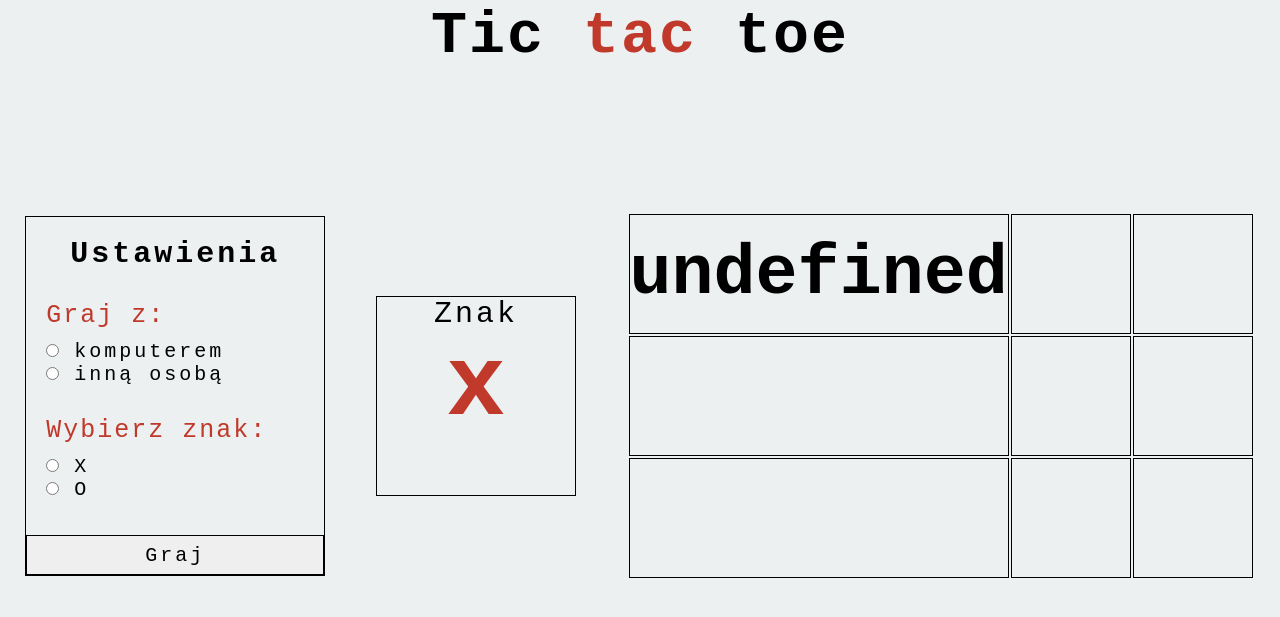
Repository: SebastianArmata22/Tic-Tac-Toe
Page: index.html
These files come from the project's save history. The page is drawn as it stood at one moment and after the next save; the edit follows.
The browser window is 1280 px wide. The pictures show the whole page.
After loading, the first visible `#\31` was clicked once.
Some web fonts or font styles are not loaded; a fallback is used.

Above is the page before, as saved 2020-11-04 12:43:37.

After the next save:
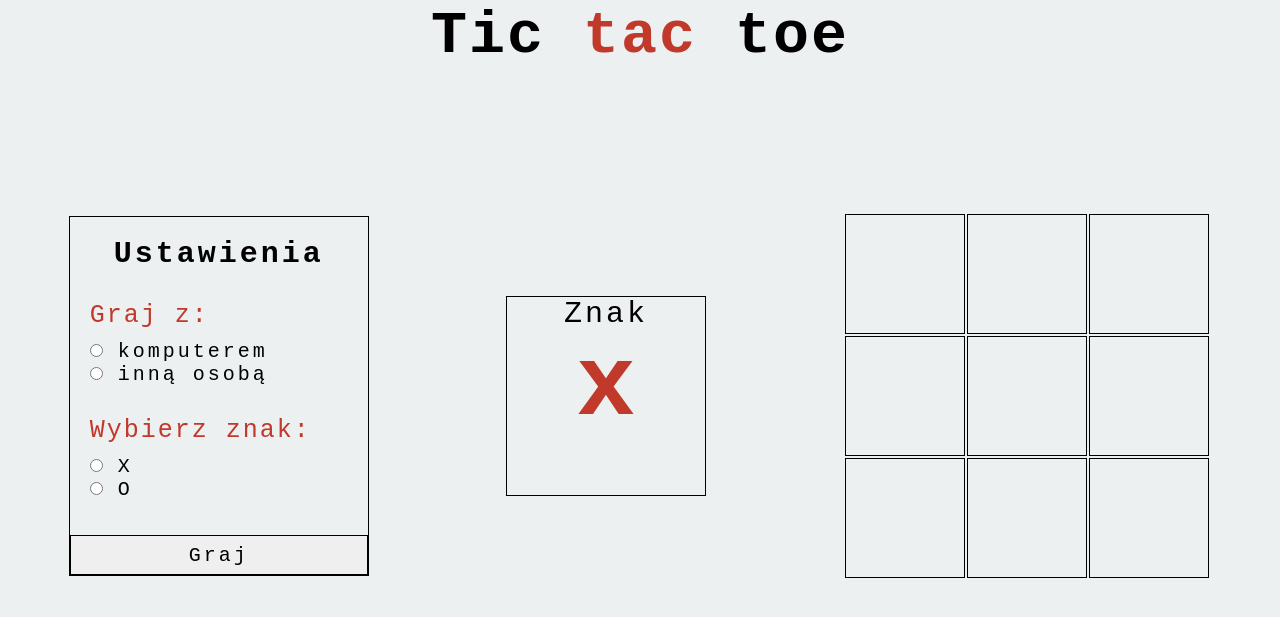
Saved 4 min 11 s later.
--- a/script.js
+++ b/script.js
@@ -26,6 +26,7 @@
 }
 
 function choiceSquare(square){
+    if(square.value=="")
 square.innerHTML=presentSign;
 if(presentSign==signX){
     presentSign=signO;
@@ -35,11 +36,13 @@
 }
 sign.innerHTML=presentSign;
 }
-
+function cleanBoard(){
+    for(i=0;i<9;i++){
+        all_th[i].innerHTML="";
+    }
+}
 function gameWithPlayer(){
-for(i=0;i<9;i++){
-    all_th[i].innerHTML="";
-}
+cleanBoard();
 presentSign=signX;
 sign.innerHTML=presentSign;
 }

After the 2 saves that followed:
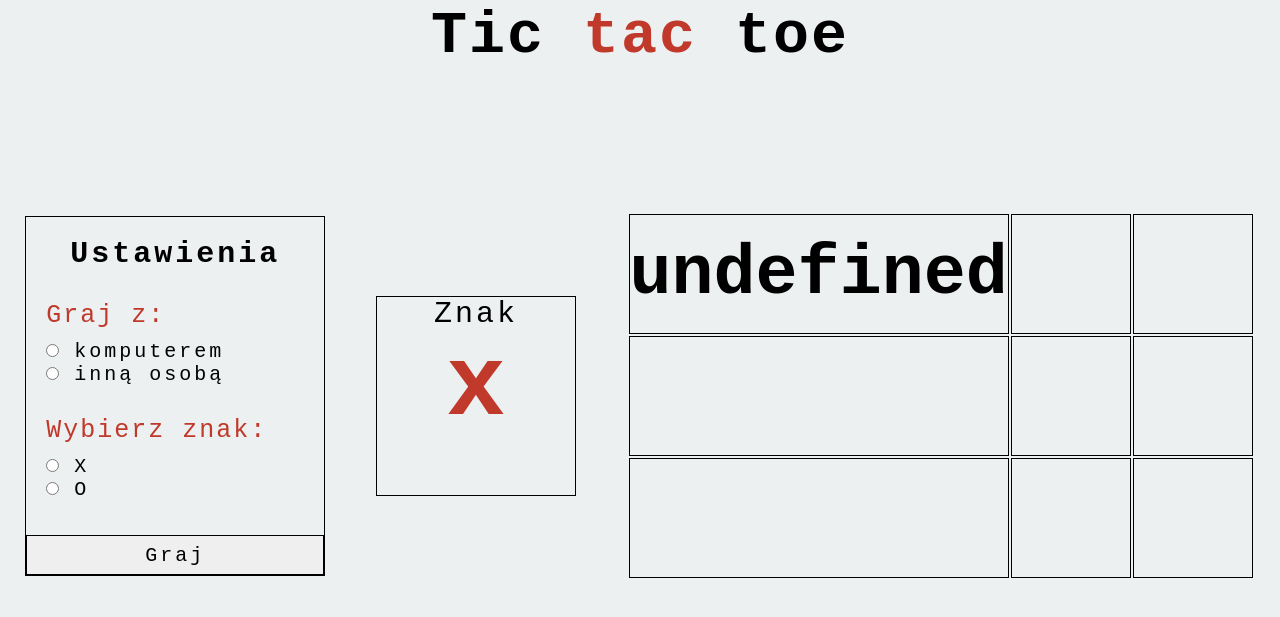
The 2 saves are shown as one change because 1 left the picture as it was.
The last was saved 115 s later.
--- a/script.js
+++ b/script.js
@@ -26,7 +26,7 @@
 }
 
 function choiceSquare(square){
-    if(square.value=="")
+    console.log(square.value);
 square.innerHTML=presentSign;
 if(presentSign==signX){
     presentSign=signO;
